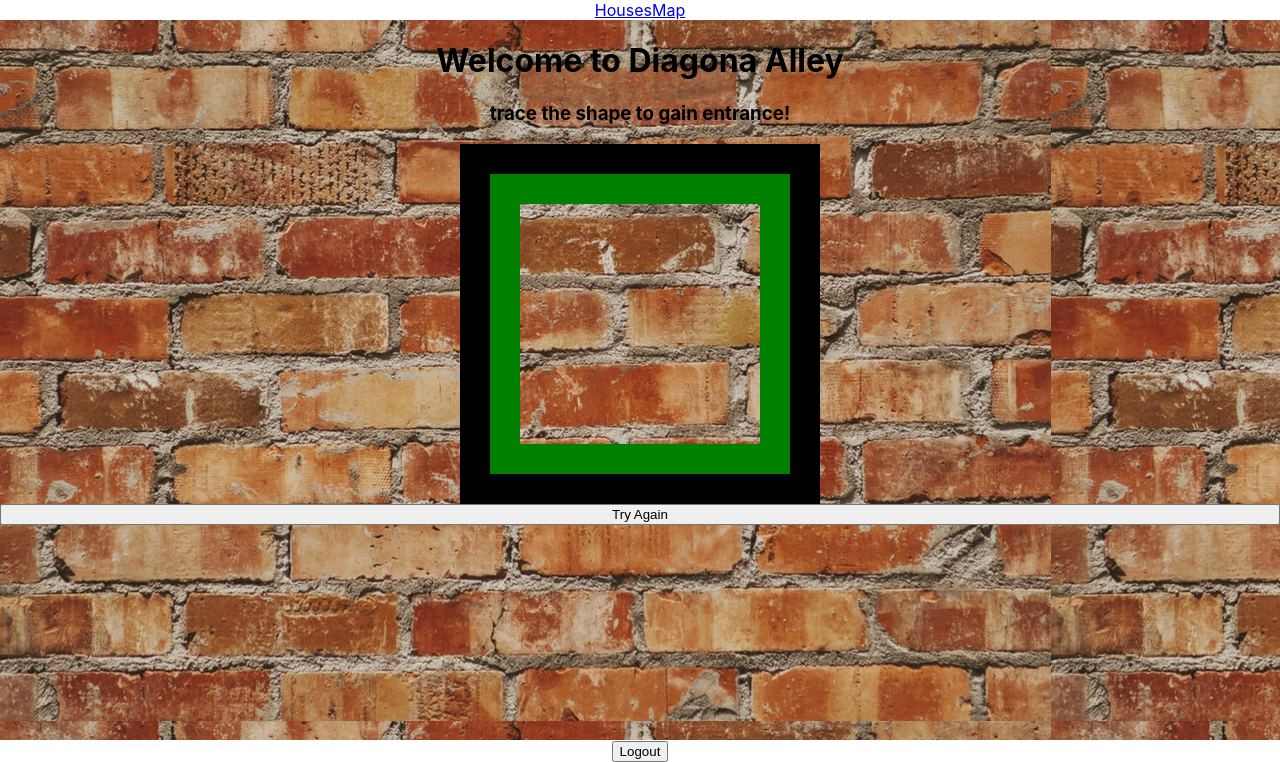
Repository: Brandon205/PotterGo
Page: /houses (app in client/)
An editor plug-in stored every save of this project. The page is shown before and after the next save, followed by the edit.
The browser window is 1280 px wide. The pictures show the whole page.
The project was rebuilt for these pictures with package versions that can differ from the ones it lists, and the page was loaded fresh each time. A package was used in the major version that the imports need, not the one package.json lists. Also part of the build but not shown: client/src/Homepage.jsx, client/src/Signup.js, client/src/Login.js, client/src/LoginPage.jsx, client/src/WandGenerator.jsx.

Above is the page before, as saved 2019-11-21 15:49:09.

After the next save:
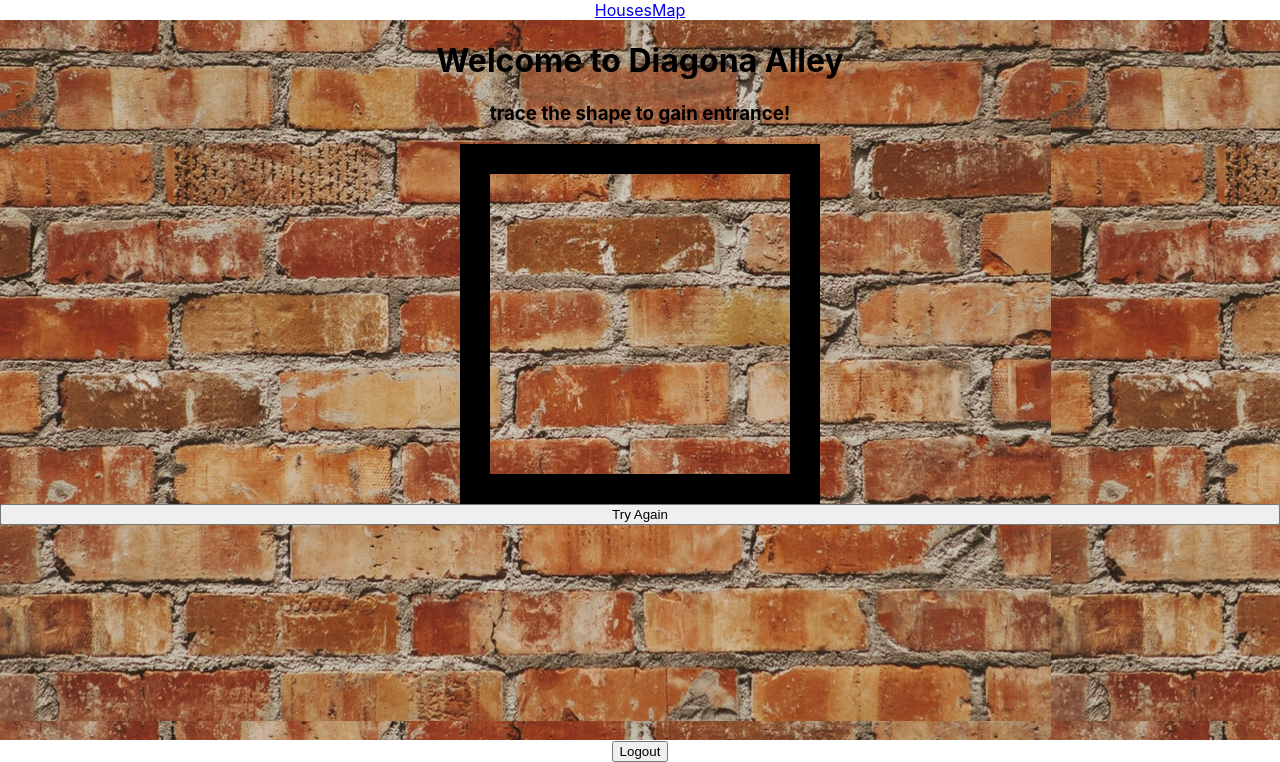
Saved 19 s later.
--- a/client/src/App.css
+++ b/client/src/App.css
@@ -44,5 +44,4 @@
 .innerDiv {
   height: 240px;
   width: 240px;
-  border: 30px solid green;
 }

After the save that followed:
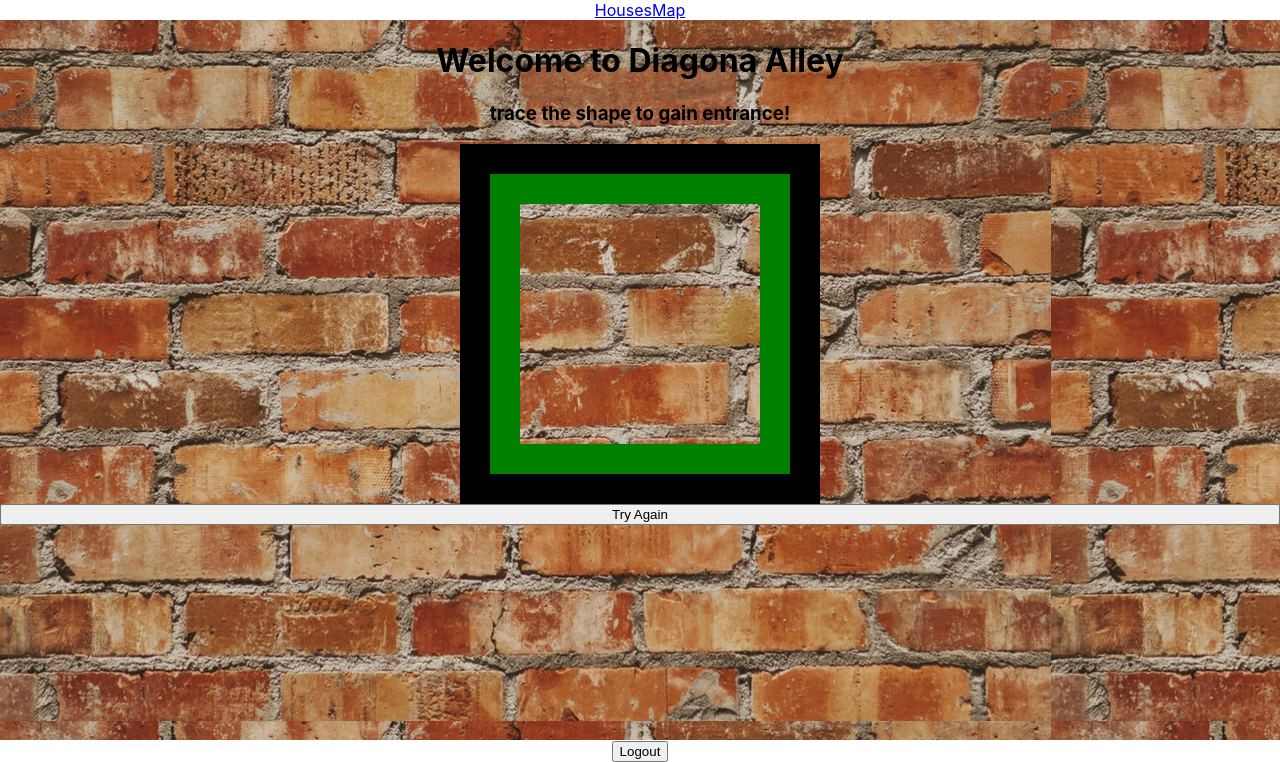
Saved 25 s later.
--- a/client/src/App.css
+++ b/client/src/App.css
@@ -44,4 +44,5 @@
 .innerDiv {
   height: 240px;
   width: 240px;
+  border: 30px solid green;
 }
